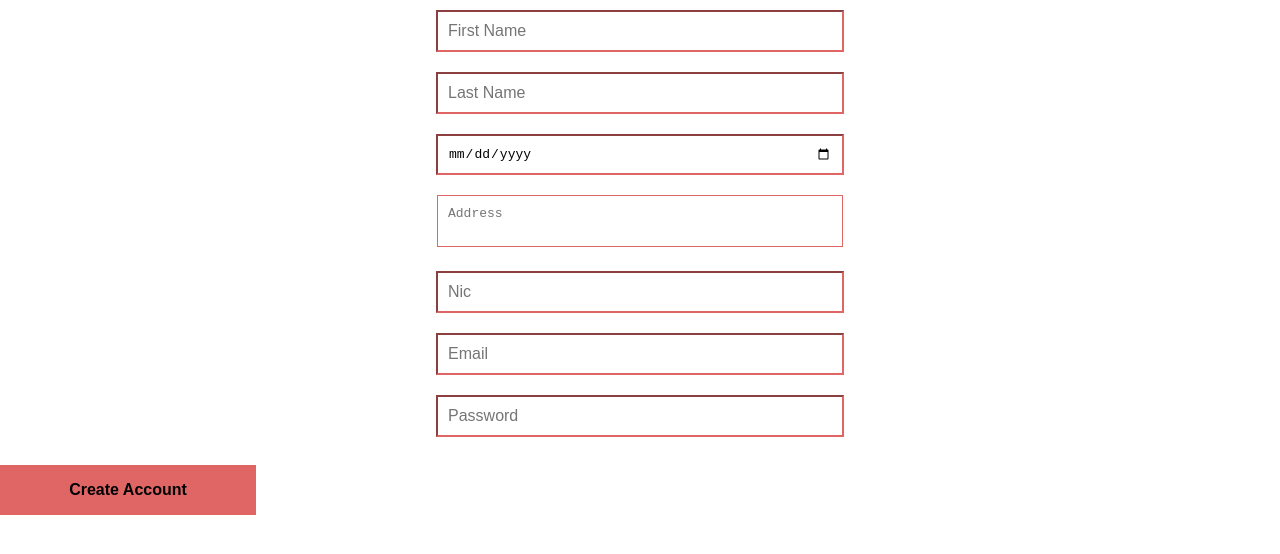
Repository: developerks611/loanweb
Page: http://localhost/loan-web/customerReg.jsp
The author's editor kept a copy of each file at every save. The page is drawn from the files as they stood at one save, then again after the next save.
The browser window is 1280 px wide. The pictures show the whole page.
The page is served by Tomcat 9. Other server files are loaded and not shown.

Above is the page before, as saved 2023-03-10 11:53:45.

### loan-web/src/main/webapp/customerReg.jsp
<%@ page language="java" contentType="text/html; charset=ISO-8859-1"
    pageEncoding="ISO-8859-1" isELIgnored="false"%>
 <%@ taglib prefix = "tag" uri = "http://java.sun.com/jsp/jstl/core" %>
<!DOCTYPE html>
<html>
<head>

<style>
textarea{
	resize:none;
	font-size:100%;
}

* {
  padding: 0;
  margin: 0;
}

body {
  font-family: Arial, Tahoma, Serif;
  color: #263238;
}

nav {
  display: flex;
  justify-content:space-between;
  align-items: center;
  padding: 1rem 2rem;
  background: #e06666;
}

nav ul {
  display: flex;
  list-style: none;
}

nav li {
  padding-left: 1rem;
}

nav a {
  text-decoration: none;
  color: black;
  font-weight:bold;
}

.container {
 text-align:center;
}

.txt_input{

	width:30%;
	height:auto;
	margin:10px;
	padding:10px;
	font-size:100%;
	border-color:#e06666;
}


.createAccount{

	background-color:#e06666;
	outline: none;
    border: none;
    width:20%;
    height:50px;;
    font-size:100%;
    padding:10px;
    font-weight:bold;
}

.msg{
	color:red;

	font-weight:bold;


}
 /*
  Extra small devices (phones, 600px and down)
*/
@media only screen and (max-width: 600px) {
  nav {
    flex-direction: column;
  }
  nav ul {
    flex-direction: column;
    padding-top: 0.5rem;
  }
  nav li {
    padding: 0.5rem 0;
  }
}
</style>
<meta charset="ISO-8859-1">
<title>Customer Registration</title>
</head>

<body>

<div  class="container">
<div id="msg" class="msg"></div>
<p class="msg">${message }<p>
<form action="addData" method="post">
<input type="text" name="fname" placeholder="First Name" required class="txt_input"><br>
<input type="text" name="lname" placeholder="Last Name" required class="txt_input"><br>
<input type="date" name="dob" required class="txt_input" id="dob" onChange="ageCalculator()"><br>
<textarea placeholder="Address" required name="adress" required class="txt_input"></textarea ><br>
<input type="text" name="nic" placeholder="Nic" required class="txt_input"><br>
<input type="email" name="email" placeholder="Email" required class="txt_input"><br>
<input type="password" name="password" placeholder="Password" required class="txt_input"><br><br>
<input type="hidden" name="action" value="addClient">
<div  class="left" style="text-align:left;">
<button type="submit" class="btn btn-success createAccount">Create Account</button>
</div>
</form>
</div>
<script>
function ageCalculator() {
    var userinput = document.getElementById("dob").value;
    var dob = new Date(userinput);


    //calculate month difference from current date in time
    var month_diff = Date.now() - dob.getTime();

    //convert the calculated difference in date format
    var age_dt = new Date(month_diff);

    //extract year from date
    var year = age_dt.getUTCFullYear();

    //now calculate the age of the user
    var age = Math.abs(year - 1970);

    if(age>=18){


    }
    else{

       document.getElementById("dob").value = "";
       document.getElementById("msg").innerHTML = "*** Sorry Age not enough ***";

    }

    //display the calculated age


}
</script>
</body>
</html>

After the next save:
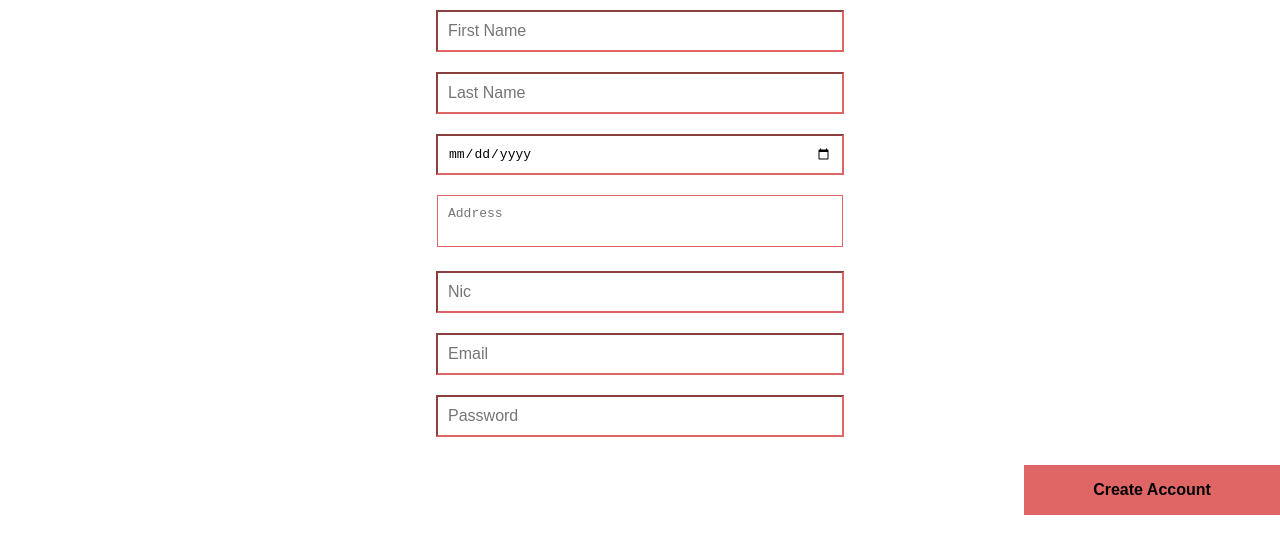
Saved 13 s later.
--- a/loan-web/src/main/webapp/customerReg.jsp
+++ b/loan-web/src/main/webapp/customerReg.jsp
@@ -112,7 +112,7 @@ nav a {
 <input type="email" name="email" placeholder="Email" required class="txt_input"><br>
 <input type="password" name="password" placeholder="Password" required class="txt_input"><br><br>
 <input type="hidden" name="action" value="addClient">
-<div  class="left" style="text-align:left;">
+<div  class="left" style="text-align:right;">
 <button type="submit" class="btn btn-success createAccount">Create Account</button>
 </div>
 </form>
